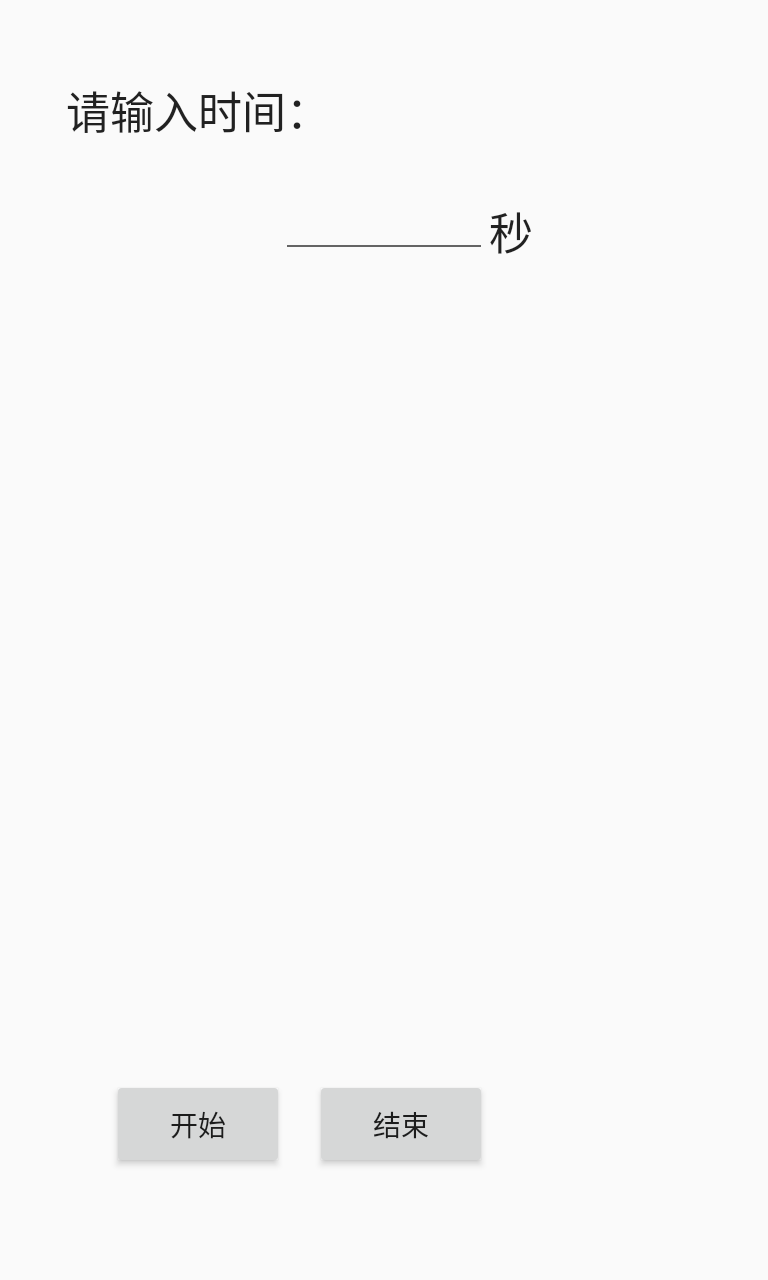
Repository: morning-ding/burning
Layout: test/res/layout/act_timer.xml
An editor plug-in stored every save of this project. The layout is shown before and after the next save, followed by the edit.
It is drawn on a 768 x 1280 px phone screen (xhdpi) without system bars, with theme AppTheme; the app's code is not run.

Above is the layout before, as saved 2015-04-28 09:22:21.

### test/res/layout/act_timer.xml
<?xml version="1.0" encoding="utf-8"?>
<RelativeLayout xmlns:android="http://schemas.android.com/apk/res/android"
    android:layout_width="fill_parent"
    android:layout_height="fill_parent" >

    <TextView
        android:id="@+id/miao"
        android:layout_width="wrap_content"
        android:layout_height="wrap_content"
        android:layout_alignBottom="@+id/ed"
        android:layout_toRightOf="@+id/ed"
        android:text="秒"
        android:textAppearance="?android:attr/textAppearanceLarge" />

    <Button
        android:id="@+id/end"
        android:layout_width="wrap_content"
        android:layout_height="wrap_content"
        android:layout_alignParentBottom="true"
        android:layout_alignRight="@+id/ed"
        android:layout_marginBottom="54dp"
        android:text="结束" />

    <EditText
        android:id="@+id/ed"
        android:layout_width="wrap_content"
        android:layout_height="wrap_content"
        android:layout_alignParentTop="true"
        android:layout_centerHorizontal="true"
        android:layout_marginTop="90dp"
        android:ems="5"
        android:inputType="number" />

    <TextView
        android:id="@+id/input"
        android:layout_width="wrap_content"
        android:layout_height="wrap_content"
        android:layout_above="@+id/miao"
        android:layout_alignParentLeft="true"
        android:layout_marginBottom="28dp"
        android:layout_marginLeft="33dp"
        android:text="请输入时间："
        android:textAppearance="?android:attr/textAppearanceLarge" />

    <TextView
        android:id="@+id/show"
        android:layout_width="wrap_content"
        android:layout_height="wrap_content"
        android:layout_centerHorizontal="true"
        android:layout_centerVertical="true"
        android:textSize="60px"
        android:textAppearance="?android:attr/textAppearanceLarge" />

    <Button
        android:id="@+id/begin"
        android:layout_width="wrap_content"
        android:layout_height="wrap_content"
        android:layout_alignBaseline="@+id/end"
        android:layout_alignBottom="@+id/end"
        android:layout_alignRight="@+id/input"
        android:layout_marginRight="22dp"
        android:text="开始" />

</RelativeLayout>

Loaded but not shown: test/res/values/styles.xml (common file); test/res/values-v11/styles.xml (common file); test/res/values-v14/styles.xml (common file)

After the next save:
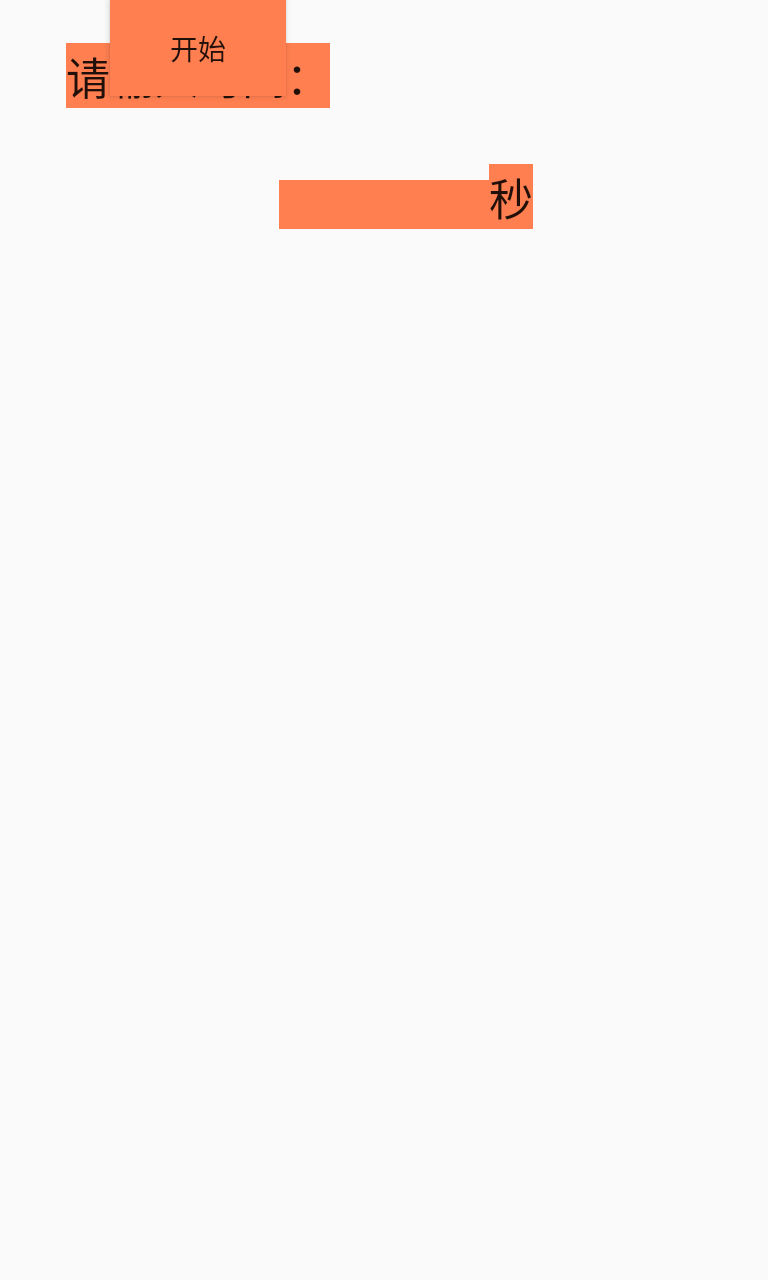
Saved 3 min 4 s later.
--- a/test/res/layout/act_timer.xml
+++ b/test/res/layout/act_timer.xml
@@ -10,16 +10,8 @@
         android:layout_alignBottom="@+id/ed"
         android:layout_toRightOf="@+id/ed"
         android:text="秒"
+        android:background="#ff7f50"
         android:textAppearance="?android:attr/textAppearanceLarge" />
-
-    <Button
-        android:id="@+id/end"
-        android:layout_width="wrap_content"
-        android:layout_height="wrap_content"
-        android:layout_alignParentBottom="true"
-        android:layout_alignRight="@+id/ed"
-        android:layout_marginBottom="54dp"
-        android:text="结束" />
 
     <EditText
         android:id="@+id/ed"
@@ -28,6 +20,7 @@
         android:layout_alignParentTop="true"
         android:layout_centerHorizontal="true"
         android:layout_marginTop="90dp"
+        android:background="#ff7f50"
         android:ems="5"
         android:inputType="number" />
 
@@ -40,6 +33,7 @@
         android:layout_marginBottom="28dp"
         android:layout_marginLeft="33dp"
         android:text="请输入时间："
+        android:background="#ff7f50"
         android:textAppearance="?android:attr/textAppearanceLarge" />
 
     <TextView
@@ -49,6 +43,7 @@
         android:layout_centerHorizontal="true"
         android:layout_centerVertical="true"
         android:textSize="60px"
+        android:background="#ff7f50"
         android:textAppearance="?android:attr/textAppearanceLarge" />
 
     <Button
@@ -59,6 +54,7 @@
         android:layout_alignBottom="@+id/end"
         android:layout_alignRight="@+id/input"
         android:layout_marginRight="22dp"
+        android:background="#ff7f50"
         android:text="开始" />
 
 </RelativeLayout>
